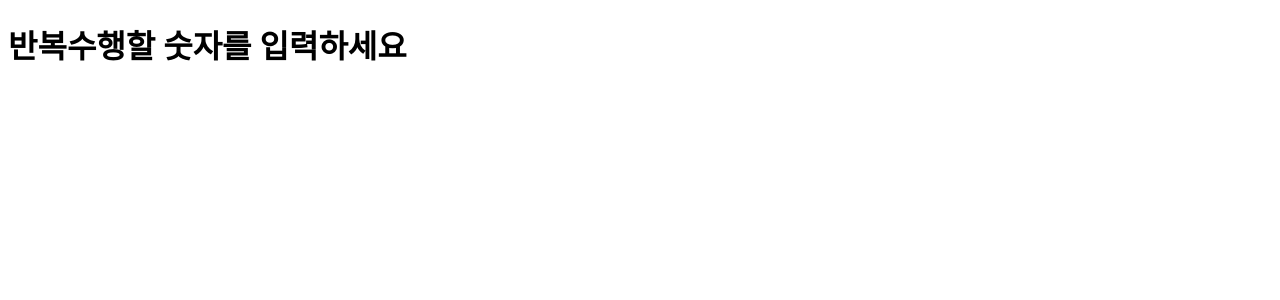
Repository: ceooyh/JSP
Page: http://localhost/step02/ex4_form.jsp
The author's editor kept a copy of each file at every save. The page is drawn from the files as they stood at one save, then again after the next save.
The browser window is 1280 px wide. The pictures show the whole page.
The page is served by Tomcat 9. Other server files are loaded and not shown.

Above is the page before, as saved 2020-12-29 03:20:35.

### step02/WebContent/ex4_form.jsp
<%@ page language="java" contentType="text/html; charset=UTF-8"
    pageEncoding="UTF-8"%>
<!DOCTYPE html>
<html>
<head>
<meta charset="UTF-8">
<title>Insert title here</title>
</head>
<body>
	<form action="ex4_process.jsp">
		<h1>반복수행할 숫자를 입력하세요</h1>
	</form>
</body>
</html>

After the next save:
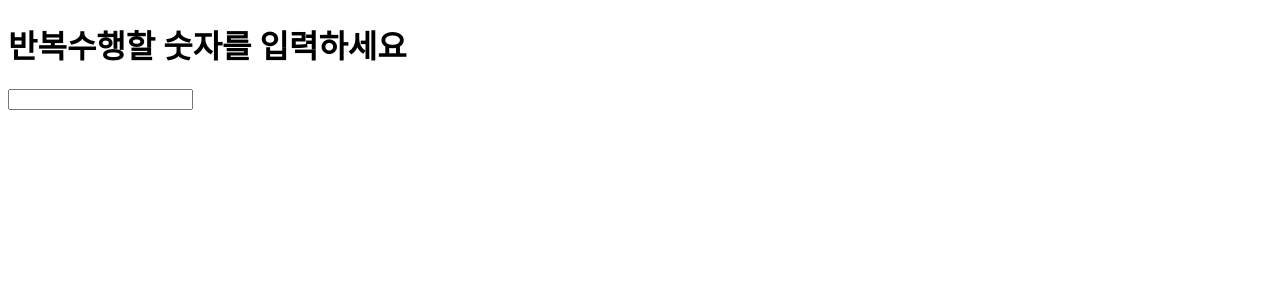
Saved 14 s later.
--- a/step02/WebContent/ex4_form.jsp
+++ b/step02/WebContent/ex4_form.jsp
@@ -9,6 +9,7 @@
 <body>
 	<form action="ex4_process.jsp">
 		<h1>반복수행할 숫자를 입력하세요</h1>
+		<input type="text" name="num">
 	</form>
 </body>
 </html>
